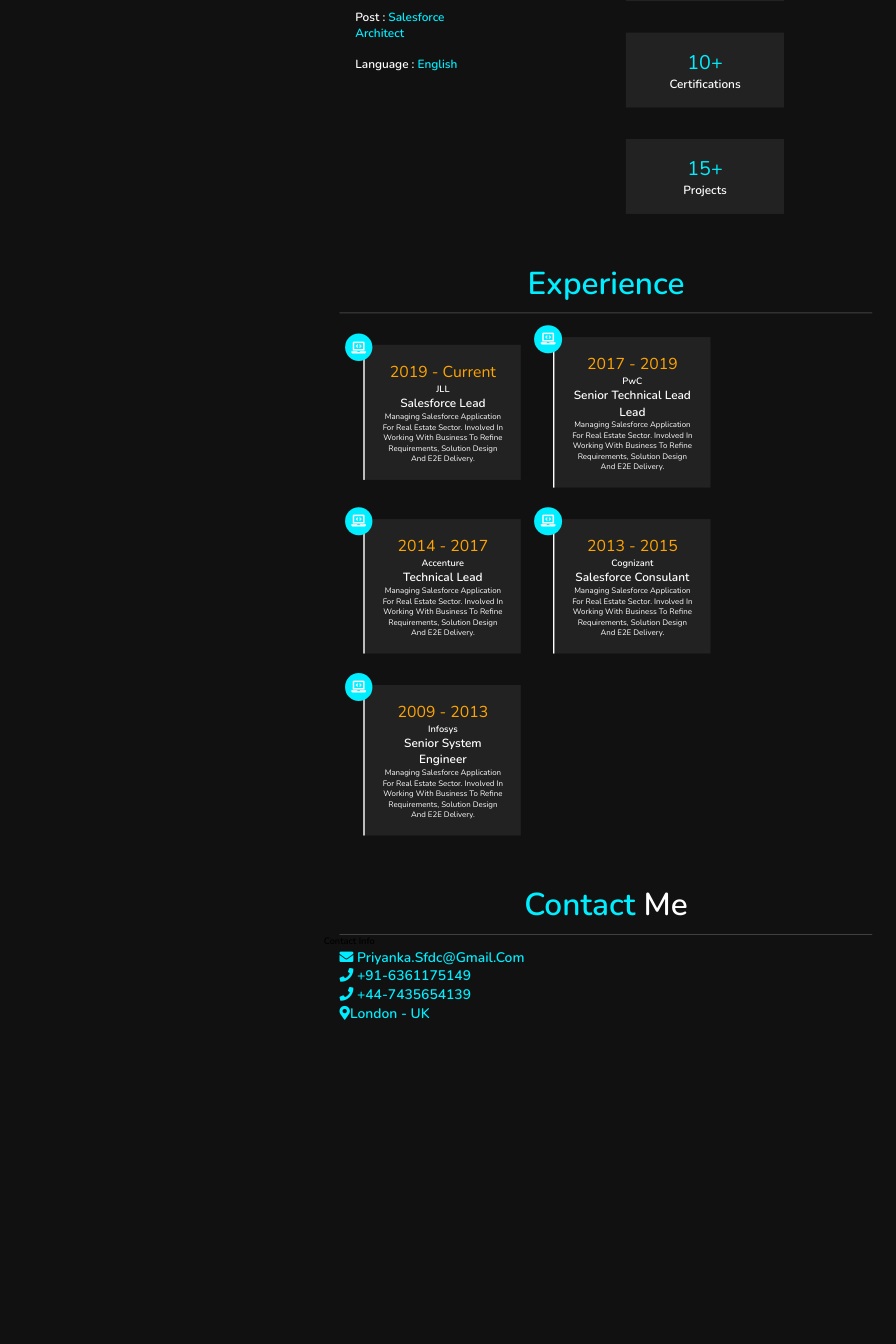
Repository: priyanka-bishnoi/PortfolioPage
Page: MyPage.html
An editor plug-in stored every save of this project. The page is shown before and after the next save, followed by the edit.
The browser window is 1280 px wide. The pictures show the part of the page from y = 1132 to 3052 px (the page is 3091 px tall before and 3068 px after), at 70% of full size.

Above is the page before, as saved 2022-10-09 15:37:37.

After the next save:
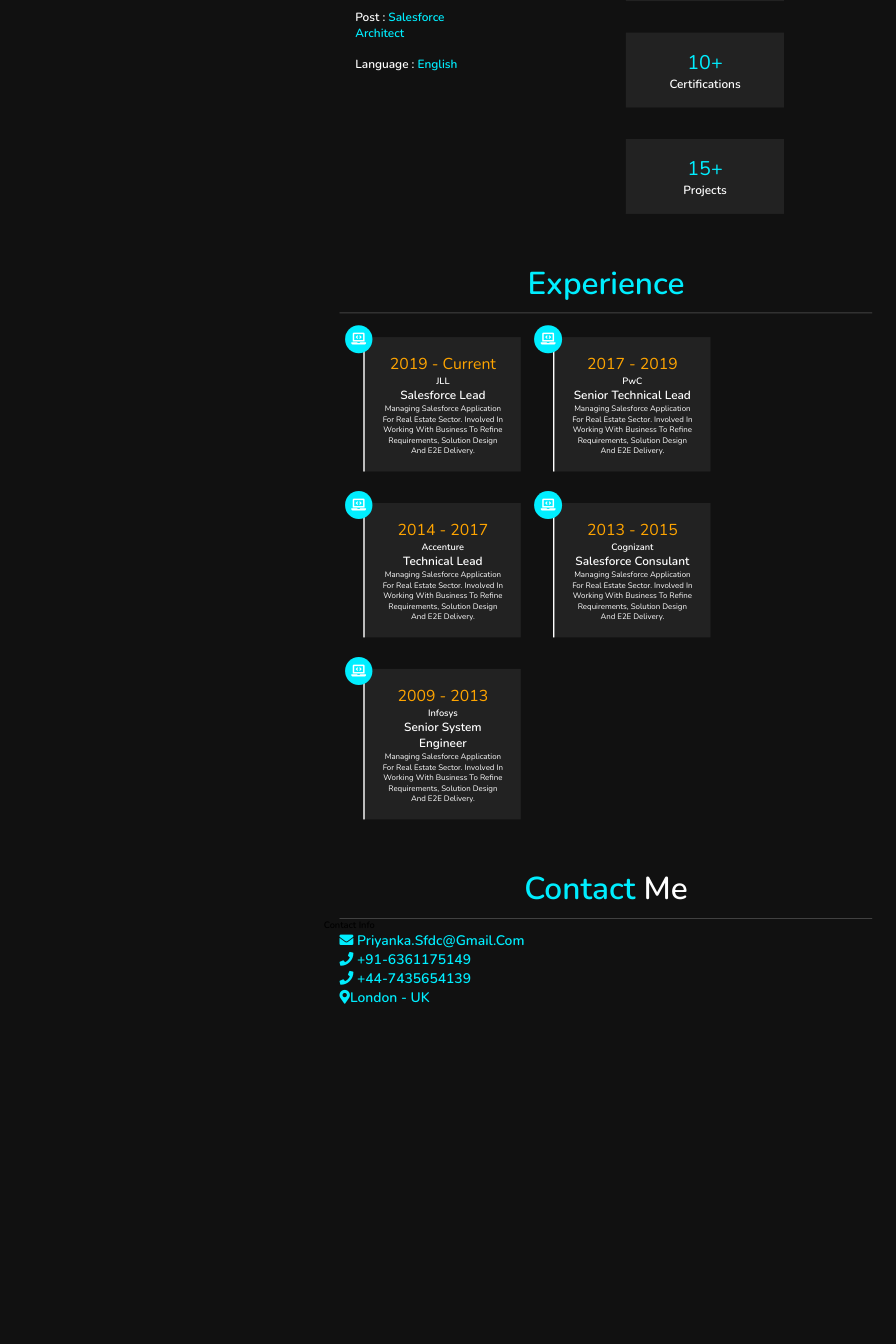
Saved 18 s later.
--- a/MyPage.html
+++ b/MyPage.html
@@ -94,7 +94,7 @@
                     <i class="fas fa-laptop-code"></i>
                     <span>2017 - 2019</span>
                     <h3>PwC</h3>
-                    <h2>Senior Technical Lead Lead</h2>
+                    <h2>Senior Technical Lead</h2>
                     <p>Managing Salesforce application for Real Estate Sector. Involved in working with business to refine requirements, solution design and E2E delivery.</p>
                 </div>
                 <div class="box">
